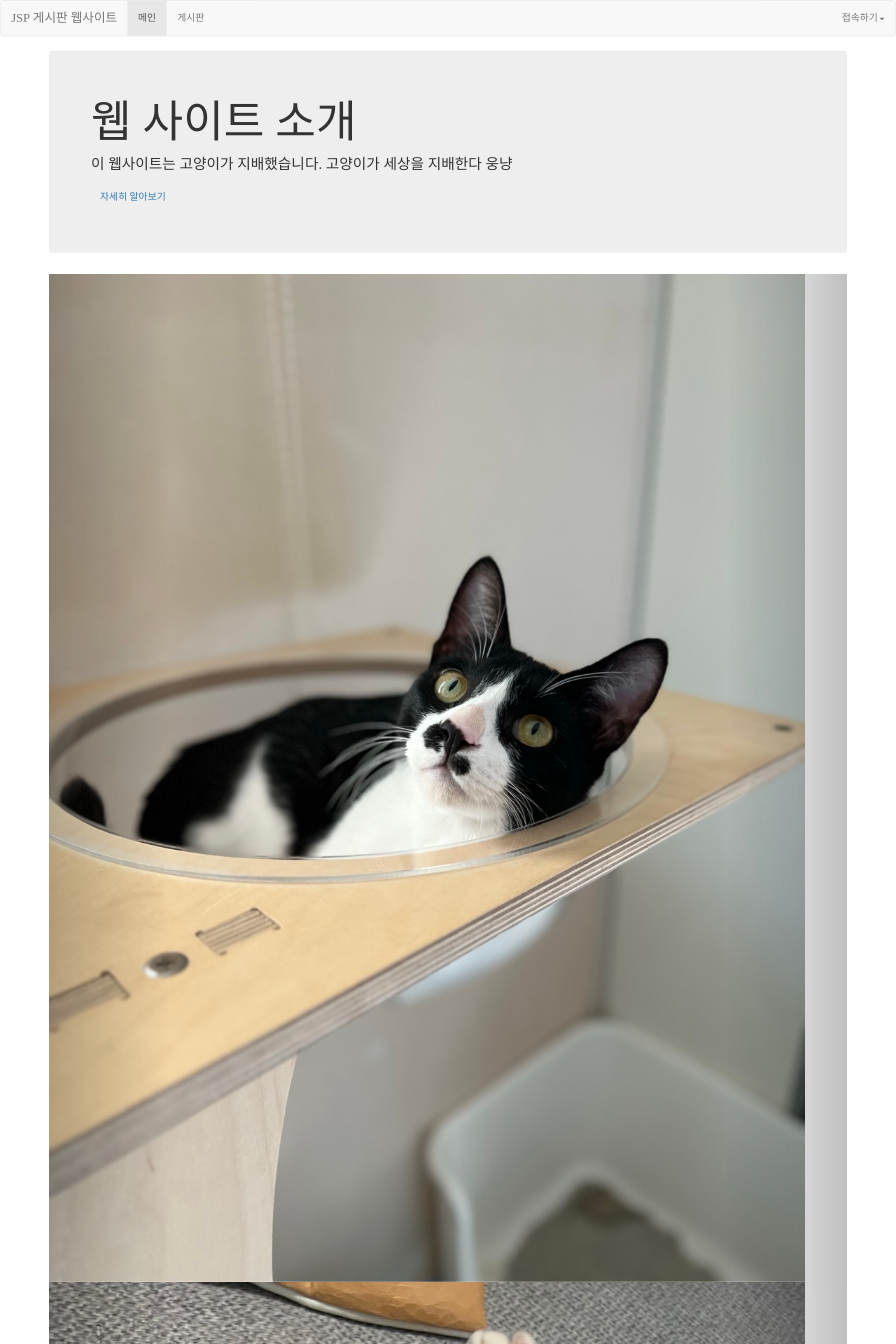
Repository: SweetFriedPotato/BandNote
Page: http://localhost/BBS/main.jsp
The author's editor kept a copy of each file at every save. The page is drawn from the files as they stood at one save, then again after the next save.
The browser window is 1280 px wide. The pictures show the part of the page from y = 0 to 1920 px (the page is 4711 px tall before and 1831 px after), at 70% of full size.
Some web fonts or font styles are not loaded; a fallback is used. Some web libraries are served in a nearby version. The page is served by Tomcat 9. Other server files are loaded and not shown.

Above is the page before, as saved 2024-02-15 12:05:29.

### BBS/src/main/webapp/main.jsp
<%@ page language="java" contentType="text/html; charset=UTF-8"
    pageEncoding="UTF-8"%>
<%@ page import="java.io.PrintWriter" %>

<!DOCTYPE html>
<html>
<head>
<meta http-equiv="Content-Type" content="text/html; charset=UTF-8">
<meta name="viewport" content="width-device-width", initial-scale="1">
<link rel="stylesheet" href="css/bootstrap.css">
<link rel="stylesheet" href="css/custom.css">
<title>JSP 게시판 웹 사이트</title>
</head>
<body>
	<%
		String userID = null;
		if(session.getAttribute("userID") != null){
			userID = (String) session.getAttribute("userID");
		}
	%>

	<nav class="navbar navbar-default">
        <div class="navbar-header">
             <button type="button" class="navbar-toggle collapsed"
             data-toggle="collapse" data-target="#bs-example-navbar-collapse-1"
             aria-expanded="false">
             <span class="icon-bar"></span>
             <span class="icon-bar"></span>
             <span class="icon-bar"></span>
             </button>
             <a class="navbar-brand" href="main.jsp">JSP 게시판 웹사이트</a>
        </div>

                <div class="collapse navbar-collapse" id="bs-example-navbar-collapse-1">
                	<ul class="nav navbar-nav">
                		<li class= "active"> <a href="main.jsp">메인</a></li>
                	    <li> <a href="bbs.jsp">게시판</a></li>
                	</ul>
                	<%
                		if(userID == null){
                	%>
                	<ul class="nav navbar-nav navbar-right">
						<li class="dropdown">
							<a href="#" class="dropdown-toggle"
								data-toggle="dropdown" role="button" aria-haspopup="true"
								aria-expanded="false">접속하기<span class="caret"></span></a>
							<ul class="dropdown-menu">
								<li><a href="login.jsp">로그인</a></li>
								<li><a href="join.jsp">회원가입</a></li>
							</ul>
						</li>
					</ul>
                	<%
                		}else{
                	%>
                	<ul class="nav navbar-nav navbar-right">
						<li class="dropdown">
							<a href="#" class="dropdown-toggle"
								data-toggle="dropdown" role="button" aria-haspopup="true"
								aria-expanded="false">회원관리<span class="caret"></span></a>
							<ul class="dropdown-menu">
								<li><a href="logoutAction.jsp">로그아웃</a></li>

							</ul>
						</li>
					</ul>
                	<%
                		}
                	%>

		</div>
	</nav>
	<div class="container">
		<div class="jumbotron">
			<h1>웹 사이트 소개</h1>
			<p>이 웹사이트는 고양이가 지배했습니다. 고양이가 세상을 지배한다 웅냥</p>
			<p><a class="btn btn=primary btn-pull" href="#" role="button">자세히 알아보기</a></p>
		</div>
	</div>

	<div class="container">
		<div id="myCarousel" class="carousel slide" data-ride="carousel">
			<ol class="carousel-indicators">
				<li data-target="#myCarousel" data-slide-to="1" class="active"></li>
				<li data-target="#myCarousel" data-slide-to="2"></li>
				<li data-target="#myCarousel" data-slide-to="3"></li>
			</ol>
			<div class="carousel-inner">
				<div class="item active">
					<img src="images/1.jpg">
				</div>
				<div class="item active">
					<img src="images/2.jpg">
				</div>
				<div class="item active">
					<img src="images/3.jpg">
				</div>
			</div>
			<a class="left carousel-control" href="#myCarousel" data-slide="prev">
				<span class="glyphicon glyphicon-chevron-left"></span>
			</a>
			<a class="right carousel-control" href="#myCarousel" data-slide="next">
				<span class="glyphicon glyphicon-chevron-right"></span>
			</a>
		</div>
	</div>

   <script src="https://code.jquery.com/jquery-3.1.1.min.js"></script>
   <script src="js/bootstrap.js"></script>

</body>
</html>

### BBS/src/main/webapp/css/custom.css
@import url(http://fonts.googleapis.com/earlyaccess/hanna.css);
@import url(http://fonts.googleapis.com/earlyaccess/nanumgothic.css);


*{
	font-family: 'Nanum Gothic';
}

h1{
	font-family:'Hanna';
}

Loaded but not shown: BBS/src/main/webapp/css/bootstrap.css (library); BBS/src/main/webapp/js/bootstrap.js (library)

After the next save:
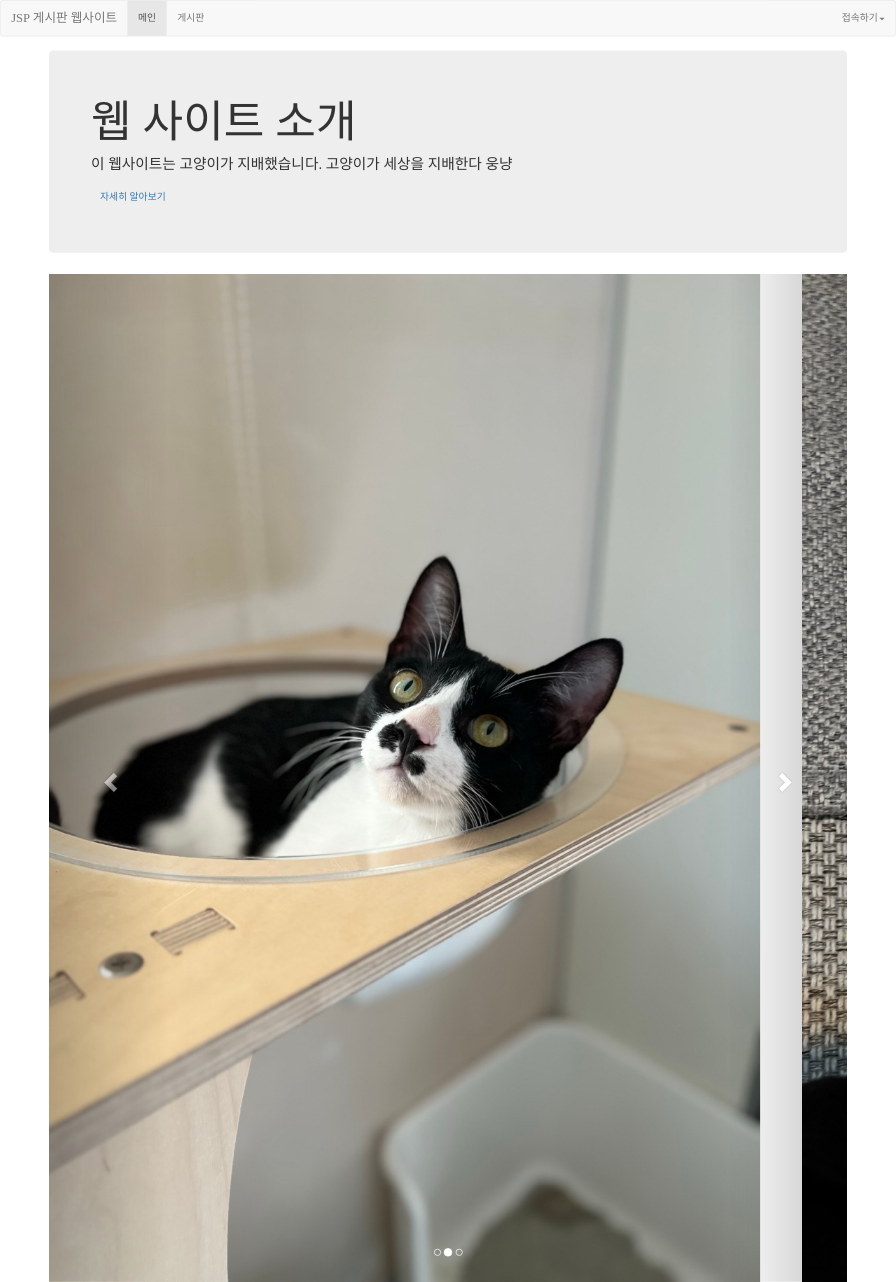
Saved 52 s later.
--- a/BBS/src/main/webapp/main.jsp
+++ b/BBS/src/main/webapp/main.jsp
@@ -89,10 +89,10 @@
 				<div class="item active">
 					<img src="images/1.jpg">
 				</div>
-				<div class="item active">
+				<div class="item">
 					<img src="images/2.jpg">
 				</div>
-				<div class="item active">
+				<div class="item">
 					<img src="images/3.jpg">
 				</div>
 			</div>
